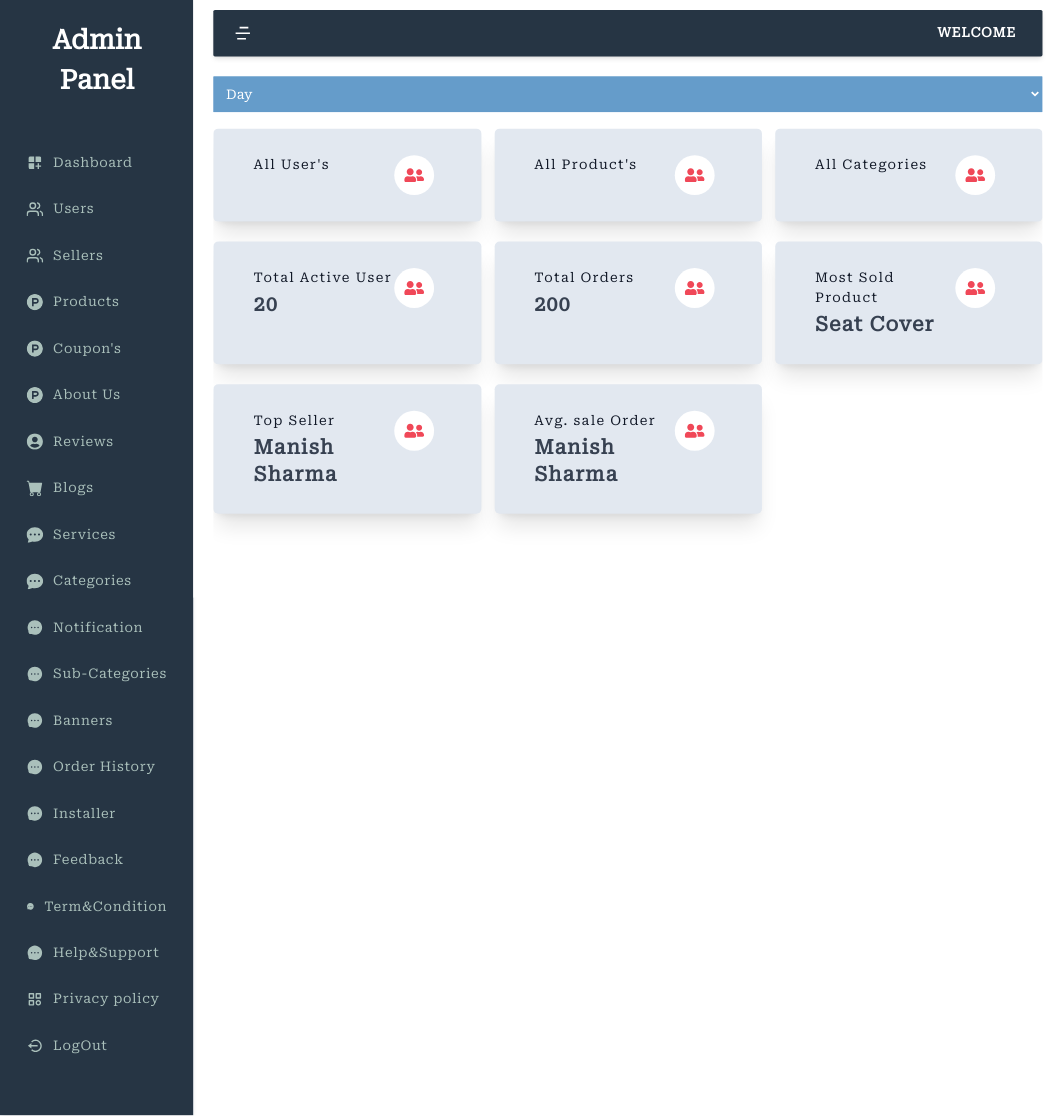
Repository: FlyweisReact/Arun-Chauhan
Page: /dashboard
The author's editor kept a copy of each file at every save. The page is drawn from the files as they stood at one save, then again after the next save.
The browser window is 1280 px wide. The pictures show the whole page, at 83% of full size.
The page's requests for data from a server got no answer. Some web libraries are served in a nearby version. The project was rebuilt for these pictures with package versions that can differ from the ones it lists, and the page was loaded fresh each time. No one was signed in, and anything a server would have sent is missing. Also part of the build but not shown: src/AdminPanel/pages/Privacy.js, src/AdminPanel/pages/Category.js, src/AdminPanel/pages/FeedBack.js, src/AdminPanel/pages/TermsCon.js, src/AdminPanel/pages/HelpSupport.js, src/AdminPanel/pages/OrderHistory.js, src/AdminPanel/pages/Installar.js, src/AdminPanel/pages/Sellers.js and 23 more.

Above is the page before, as saved 2023-03-22 16:37:13.

After the next save:
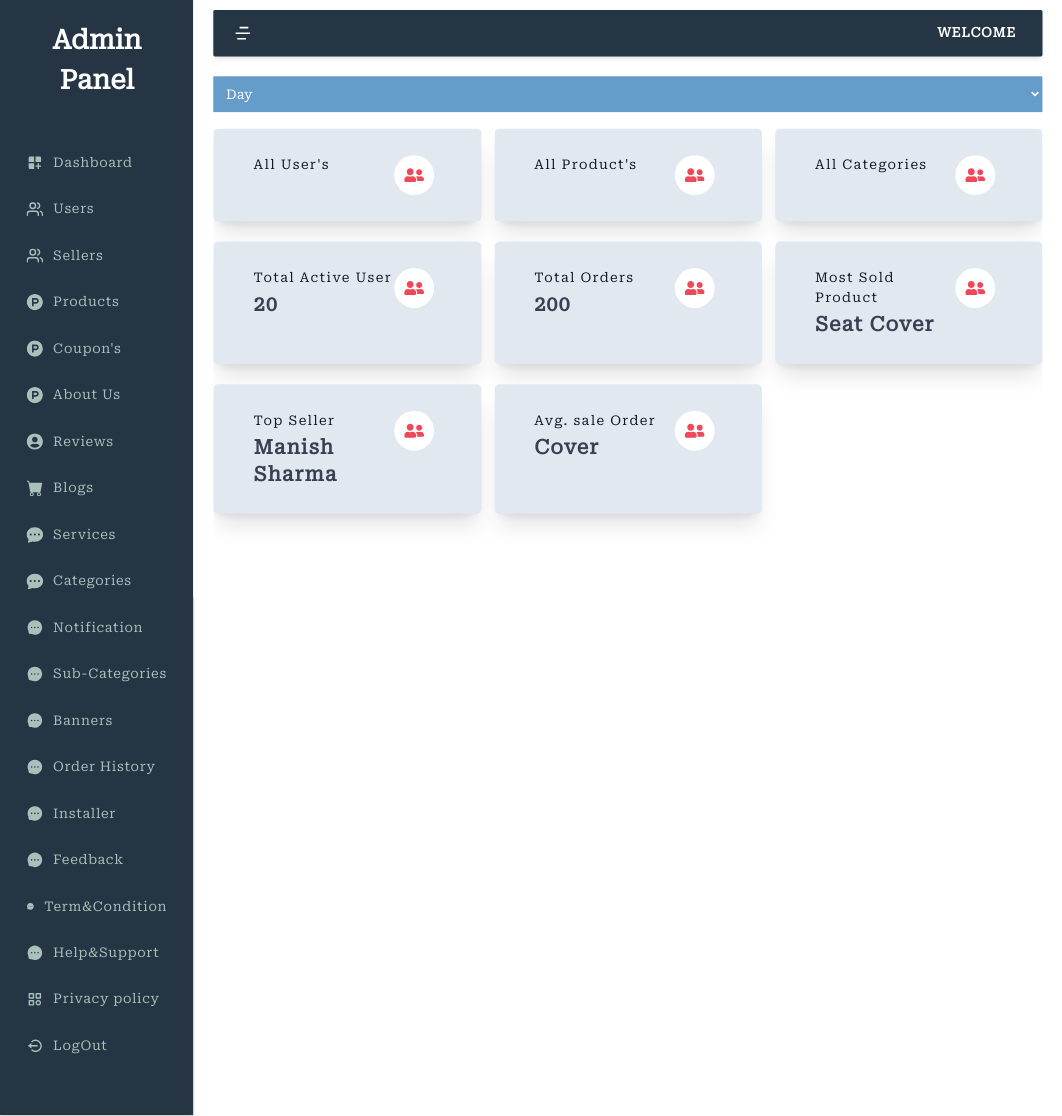
Saved 6 s later.
--- a/src/AdminPanel/pages/Dashboard.jsx
+++ b/src/AdminPanel/pages/Dashboard.jsx
@@ -109,7 +109,7 @@ const Dashboard = () => {
     {
       progress: "bg-blue-400",
       title: "Avg. sale Order",
-      number: "Manish Sharma",
+      number: "Cover",
       icon: <FaUserFriends className="text-2xl text-[rgb(240,72,88)]" />,
       link: "/sellers",
     },
